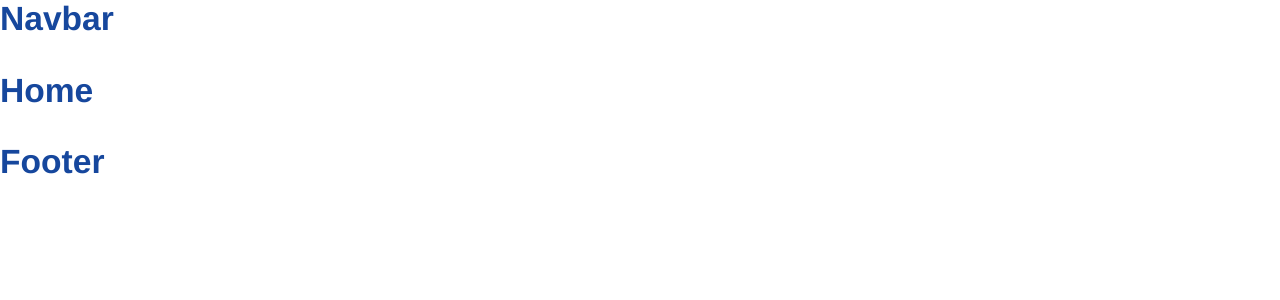
Repository: daviresende03/Get_a_Pet
Page: / (app in frontend/)
An editor plug-in stored every save of this project. The page is shown before and after a run of saves, followed by the edit.
The browser window is 1280 px wide. The pictures show the whole page.
The project was rebuilt for these pictures with package versions that can differ from the ones it lists, and the page was loaded fresh each time. Also part of the build but not shown: frontend/src/components/pages/Auth/Login.js, frontend/src/components/pages/Auth/Register.js.

Above is the page before, as saved 2023-02-17 23:06:39.

### frontend/src/index.css
* {
  padding: 0;
  margin: 0;
  font-family: Helvetica;
  box-sizing: border-box;
}

h1 {
  color: #16479d;
  margin-bottom: 1em;
  font-size: 2.1em;
}

.bold {
  font-weight: bold;
  color: #16479d;
}

### frontend/src/App.js
import { BrowserRouter as Router, Routes, Route,Navigate } from 'react-router-dom'

// components
import Navbar from './components/layout/Navbar';
import Footer from './components/layout/Footer';

// pages
import Home from './components/pages/Home';
import Login from './components/pages/Auth/Login'
import Register from './components/pages/Auth/Register'

function App() {
  return (
    <Router>
      <Navbar/>
      <Routes>
        <Route path="/login" exact element={<Login />} />
        <Route path="/register" exact element={<Register/>} />
        <Route path="/" exact element={<Home />} />
        {/*<Route path="/teste" exact element={<Navigate to="/testando"/>} />*/}
      </Routes>
      <Footer/>
  </Router>
  );
}

export default App;

### frontend/src/components/layout/Navbar.js
import { Link } from "react-router-dom"

function Navbar() {
    return (
        <section>
            <h1>Navbar</h1>
        </section>
    )
}

export default Navbar

### frontend/src/components/layout/Footer.js
function Footer() {
    return (
        <section>
            <h1>Footer</h1>
        </section>
    )
}

export default Footer

### frontend/src/components/pages/Home.js
function Home() {
    return (
        <section>
            <h1>Home</h1>
        </section>
    )
}

export default Home

Loaded but not shown: frontend/src/index.js (common file)

After the next 2 saves:
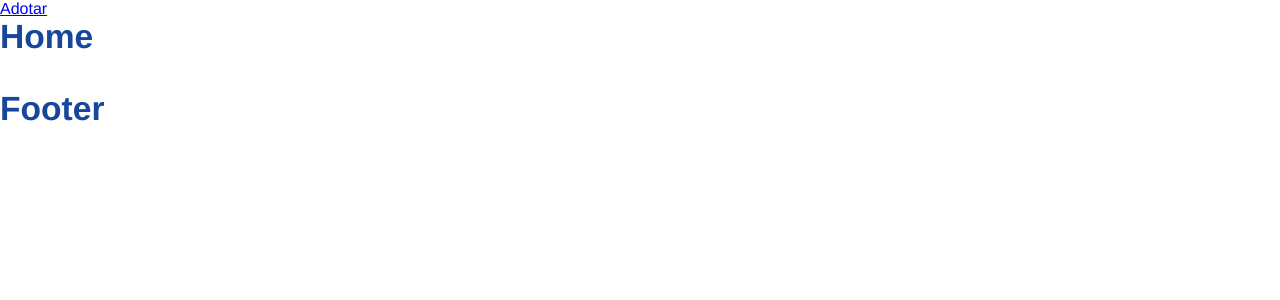
The 2 saves are shown as one change because they came seconds apart.
The last was saved 30 s later.
--- a/frontend/src/components/layout/Navbar.js
+++ b/frontend/src/components/layout/Navbar.js
@@ -2,9 +2,13 @@
 
 function Navbar() {
     return (
-        <section>
-            <h1>Navbar</h1>
-        </section>
+        <nav>
+            <ul>
+                <li>
+                    <Link>Adotar</Link>
+                </li>
+            </ul>
+        </nav>
     )
 }
 
